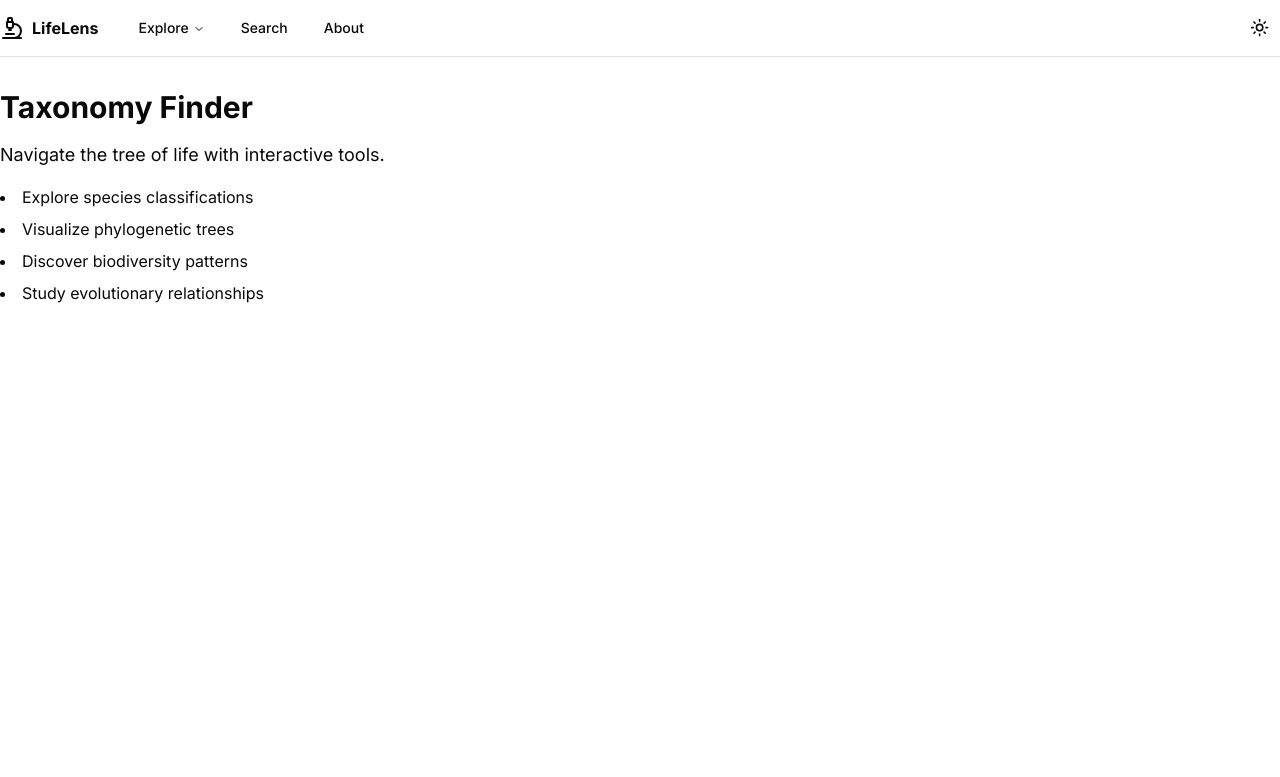
Repository: AlexMercer00/LifeLens
Page: /taxonomy
These files come from the project's save history. The page is drawn as it stood at one moment and after the next save; the edit follows.
The browser window is 1280 px wide. The pictures show the whole page.
The project was rebuilt for these pictures with package versions that can differ from the ones it lists, and the page was loaded fresh each time. The framework's server and built-in components were replaced by stand-ins that run in the browser. Also part of the build but not shown: next.config.js.

Above is the page before, as saved 2024-11-17 14:44:30.

### app/layout.tsx
import type { Metadata } from 'next';
import { Inter } from 'next/font/google';
import { ThemeProvider } from '@/components/theme-provider';
import { Navigation } from '@/components/navigation';
import { Toaster } from '@/components/ui/toaster';
import './globals.css';

const inter = Inter({ subsets: ['latin'] });

export const metadata: Metadata = {
  title: 'LifeLens - Explore the Blueprint of Life Through Data',
  description: 'Discover and visualize biological data including genes, proteins, species, and chemical compounds through an interactive platform.',
};

export default function RootLayout({
  children,
}: {
  children: React.ReactNode;
}) {
  return (
    <html lang="en" suppressHydrationWarning>
      <body className={inter.className}>
        <ThemeProvider
          attribute="class"
          defaultTheme="system"
          enableSystem
          disableTransitionOnChange
        >
          <Navigation />
          <main className="min-h-screen bg-background">
            {children}
          </main>
          <Toaster />
        </ThemeProvider>
      </body>
    </html>
  );
}

### app/taxonomy/page.tsx
export default function TaxonomyPage() {
  return (
    <div className="container py-8">
      <h1 className="text-3xl font-bold mb-4">Taxonomy Finder</h1>
      <p className="text-lg mb-4">Navigate the tree of life with interactive tools.</p>
      <ul className="list-disc list-inside space-y-2">
        <li>Explore species classifications</li>
        <li>Visualize phylogenetic trees</li>
        <li>Discover biodiversity patterns</li>
        <li>Study evolutionary relationships</li>
      </ul>
    </div>
  )
}

### components/navigation.tsx
"use client";

import Link from "next/link";
import { ModeToggle } from "./mode-toggle";
import { Microscope } from 'lucide-react';
import {
  NavigationMenu,
  NavigationMenuContent,
  NavigationMenuItem,
  NavigationMenuLink,
  NavigationMenuList,
  NavigationMenuTrigger,
} from "@/components/ui/navigation-menu";

export function Navigation() {
  return (
    <header className="sticky top-0 z-50 w-full border-b bg-background/95 backdrop-blur supports-[backdrop-filter]:bg-background/60">
      <div className="container flex h-14 items-center">
        <div className="mr-4 flex">
          <Link href="/" className="mr-6 flex items-center space-x-2">
            <Microscope className="h-6 w-6" />
            <span className="font-bold">LifeLens</span>
          </Link>
          <NavigationMenu>
            <NavigationMenuList>
              <NavigationMenuItem>
                <NavigationMenuTrigger>Explore</NavigationMenuTrigger>
                <NavigationMenuContent>
                  <div className="grid gap-3 p-4 md:w-[400px] lg:w-[500px] lg:grid-cols-[.75fr_1fr]">
                    <Link href="/genomics" className="group grid h-full w-full items-center justify-center rounded-md bg-gradient-to-b from-muted/50 to-muted p-6 no-underline outline-none focus:shadow-md">
                      Genomics Explorer
                    </Link>
                    <Link href="/proteins" className="group grid h-full w-full items-center justify-center rounded-md bg-gradient-to-b from-muted/50 to-muted p-6 no-underline outline-none focus:shadow-md">
                      Protein Viewer
                    </Link>
                    <Link href="/taxonomy" className="group grid h-full w-full items-center justify-center rounded-md bg-gradient-to-b from-muted/50 to-muted p-6 no-underline outline-none focus:shadow-md">
                      Taxonomy Finder
                    </Link>
                    <Link href="/compounds" className="group grid h-full w-full items-center justify-center rounded-md bg-gradient-to-b from-muted/50 to-muted p-6 no-underline outline-none focus:shadow-md">
                      Chemical Compounds
                    </Link>
                  </div>
                </NavigationMenuContent>
              </NavigationMenuItem>
              <NavigationMenuItem>
                <Link href="/search" legacyBehavior passHref>
                  <NavigationMenuLink className="group inline-flex h-10 w-max items-center justify-center rounded-md bg-background px-4 py-2 text-sm font-medium transition-colors hover:bg-accent hover:text-accent-foreground focus:bg-accent focus:text-accent-foreground focus:outline-none disabled:pointer-events-none disabled:opacity-50">
                    Search
                  </NavigationMenuLink>
                </Link>
              </NavigationMenuItem>
              <NavigationMenuItem>
                <Link href="/about" legacyBehavior passHref>
                  <NavigationMenuLink className="group inline-flex h-10 w-max items-center justify-center rounded-md bg-background px-4 py-2 text-sm font-medium transition-colors hover:bg-accent hover:text-accent-foreground focus:bg-accent focus:text-accent-foreground focus:outline-none disabled:pointer-events-none disabled:opacity-50">
                    About
                  </NavigationMenuLink>
                </Link>
              </NavigationMenuItem>
            </NavigationMenuList>
          </NavigationMenu>
        </div>
        <div className="flex flex-1 items-center justify-between space-x-2 md:justify-end">
          <ModeToggle />
        </div>
      </div>
    </header>
  );
}

### components/ui/toaster.tsx
'use client';

import { useToast } from '@/hooks/use-toast';
import {
  Toast,
  ToastClose,
  ToastDescription,
  ToastProvider,
  ToastTitle,
  ToastViewport,
} from '@/components/ui/toast';

export function Toaster() {
  const { toasts } = useToast();

  return (
    <ToastProvider>
      {toasts.map(function ({ id, title, description, action, ...props }) {
        return (
          <Toast key={id} {...props}>
            <div className="grid gap-1">
              {title && <ToastTitle>{title}</ToastTitle>}
              {description && (
                <ToastDescription>{description}</ToastDescription>
              )}
            </div>
            {action}
            <ToastClose />
          </Toast>
        );
      })}
      <ToastViewport />
    </ToastProvider>
  );
}

### app/globals.css
@tailwind base;
@tailwind components;
@tailwind utilities;

@layer base {
  :root {
    --background: 0 0% 100%;
    --foreground: 240 10% 3.9%;
    --card: 0 0% 100%;
    --card-foreground: 240 10% 3.9%;
    --popover: 0 0% 100%;
    --popover-foreground: 240 10% 3.9%;
    --primary: 240 5.9% 10%;
    --primary-foreground: 0 0% 98%;
    --secondary: 240 4.8% 95.9%;
    --secondary-foreground: 240 5.9% 10%;
    --muted: 240 4.8% 95.9%;
    --muted-foreground: 240 3.8% 46.1%;
    --accent: 240 4.8% 95.9%;
    --accent-foreground: 240 5.9% 10%;
    --destructive: 0 84.2% 60.2%;
    --destructive-foreground: 0 0% 98%;
    --border: 240 5.9% 90%;
    --input: 240 5.9% 90%;
    --ring: 240 5.9% 10%;
    --radius: 0.75rem;
  }

  .dark {
    --background: 240 10% 3.9%;
    --foreground: 0 0% 98%;
    --card: 240 10% 3.9%;
    --card-foreground: 0 0% 98%;
    --popover: 240 10% 3.9%;
    --popover-foreground: 0 0% 98%;
    --primary: 0 0% 98%;
    --primary-foreground: 240 5.9% 10%;
    --secondary: 240 3.7% 15.9%;
    --secondary-foreground: 0 0% 98%;
    --muted: 240 3.7% 15.9%;
    --muted-foreground: 240 5% 64.9%;
    --accent: 240 3.7% 15.9%;
    --accent-foreground: 0 0% 98%;
    --destructive: 0 62.8% 30.6%;
    --destructive-foreground: 0 0% 98%;
    --border: 240 3.7% 15.9%;
    --input: 240 3.7% 15.9%;
    --ring: 240 4.9% 83.9%;
  }
}

@layer base {
  * {
    @apply border-border;
  }
  body {
    @apply bg-background text-foreground;
  }
}

.gradient-bg {
  background: radial-gradient(circle at top right, hsl(var(--primary)), transparent),
              radial-gradient(circle at bottom left, hsl(var(--secondary)), transparent);
  opacity: 0.15;
}

### components/mode-toggle.tsx
"use client";

import * as React from "react";
import { Moon, Sun } from "lucide-react";
import { useTheme } from "next-themes";
import { Button } from "@/components/ui/button";

export function ModeToggle() {
  const { theme, setTheme } = useTheme();

  return (
    <Button
      variant="ghost"
      size="icon"
      onClick={() => setTheme(theme === "light" ? "dark" : "light")}
    >
      <Sun className="h-[1.2rem] w-[1.2rem] rotate-0 scale-100 transition-all dark:-rotate-90 dark:scale-0" />
      <Moon className="absolute h-[1.2rem] w-[1.2rem] rotate-90 scale-0 transition-all dark:rotate-0 dark:scale-100" />
      <span className="sr-only">Toggle theme</span>
    </Button>
  );
}

### components/ui/navigation-menu.tsx
import * as React from 'react';
import * as NavigationMenuPrimitive from '@radix-ui/react-navigation-menu';
import { cva } from 'class-variance-authority';
import { ChevronDown } from 'lucide-react';

import { cn } from '@/lib/utils';

const NavigationMenu = React.forwardRef<
  React.ElementRef<typeof NavigationMenuPrimitive.Root>,
  React.ComponentPropsWithoutRef<typeof NavigationMenuPrimitive.Root>
>(({ className, children, ...props }, ref) => (
  <NavigationMenuPrimitive.Root
    ref={ref}
    className={cn(
      'relative z-10 flex max-w-max flex-1 items-center justify-center',
      className
    )}
    {...props}
  >
    {children}
    <NavigationMenuViewport />
  </NavigationMenuPrimitive.Root>
));
NavigationMenu.displayName = NavigationMenuPrimitive.Root.displayName;

const NavigationMenuList = React.forwardRef<
  React.ElementRef<typeof NavigationMenuPrimitive.List>,
  React.ComponentPropsWithoutRef<typeof NavigationMenuPrimitive.List>
>(({ className, ...props }, ref) => (
  <NavigationMenuPrimitive.List
    ref={ref}
    className={cn(
      'group flex flex-1 list-none items-center justify-center space-x-1',
      className
    )}
    {...props}
  />
));
NavigationMenuList.displayName = NavigationMenuPrimitive.List.displayName;

const NavigationMenuItem = NavigationMenuPrimitive.Item;

const navigationMenuTriggerStyle = cva(
  'group inline-flex h-10 w-max items-center justify-center rounded-md bg-background px-4 py-2 text-sm font-medium transition-colors hover:bg-accent hover:text-accent-foreground focus:bg-accent focus:text-accent-foreground focus:outline-none disabled:pointer-events-none disabled:opacity-50 data-[active]:bg-accent/50 data-[state=open]:bg-accent/50'
);

const NavigationMenuTrigger = React.forwardRef<
  React.ElementRef<typeof NavigationMenuPrimitive.Trigger>,
  React.ComponentPropsWithoutRef<typeof NavigationMenuPrimitive.Trigger>
>(({ className, children, ...props }, ref) => (
  <NavigationMenuPrimitive.Trigger
    ref={ref}
    className={cn(navigationMenuTriggerStyle(), 'group', className)}
    {...props}
  >
    {children}{' '}
    <ChevronDown
      className="relative top-[1px] ml-1 h-3 w-3 transition duration-200 group-data-[state=open]:rotate-180"
      aria-hidden="true"
    />
  </NavigationMenuPrimitive.Trigger>
));
NavigationMenuTrigger.displayName = NavigationMenuPrimitive.Trigger.displayName;

const NavigationMenuContent = React.forwardRef<
  React.ElementRef<typeof NavigationMenuPrimitive.Content>,
  React.ComponentPropsWithoutRef<typeof NavigationMenuPrimitive.Content>
>(({ className, ...props }, ref) => (
  <NavigationMenuPrimitive.Content
    ref={ref}
    className={cn(
      'left-0 top-0 w-full data-[motion^=from-]:animate-in data-[motion^=to-]:animate-out data-[motion^=from-]:fade-in data-[motion^=to-]:fade-out data-[motion=from-end]:slide-in-from-right-52 data-[motion=from-start]:slide-in-from-left-52 data-[motion=to-end]:slide-out-to-right-52 data-[motion=to-start]:slide-out-to-left-52 md:absolute md:w-auto ',
      className
    )}
    {...props}
  />
));
NavigationMenuContent.displayName = NavigationMenuPrimitive.Content.displayName;

const NavigationMenuLink = NavigationMenuPrimitive.Link;

const NavigationMenuViewport = React.forwardRef<
  React.ElementRef<typeof NavigationMenuPrimitive.Viewport>,
  React.ComponentPropsWithoutRef<typeof NavigationMenuPrimitive.Viewport>
>(({ className, ...props }, ref) => (
  <div className={cn('absolute left-0 top-full flex justify-center')}>
    <NavigationMenuPrimitive.Viewport
      className={cn(
        'origin-top-center relative mt-1.5 h-[var(--radix-navigation-menu-viewport-height)] w-full overflow-hidden rounded-md border bg-popover text-popover-foreground shadow-lg data-[state=open]:animate-in data-[state=closed]:animate-out data-[state=closed]:zoom-out-95 data-[state=open]:zoom-in-90 md:w-[var(--radix-navigation-menu-viewport-width)]',
        className
      )}
      ref={ref}
      {...props}
    />
  </div>
));
NavigationMenuViewport.displayName =
  NavigationMenuPrimitive.Viewport.displayName;

const NavigationMenuIndicator = React.forwardRef<
  React.ElementRef<typeof NavigationMenuPrimitive.Indicator>,
  React.ComponentPropsWithoutRef<typeof NavigationMenuPrimitive.Indicator>
>(({ className, ...props }, ref) => (
  <NavigationMenuPrimitive.Indicator
    ref={ref}
    className={cn(
      'top-full z-[1] flex h-1.5 items-end justify-center overflow-hidden data-[state=visible]:animate-in data-[state=hidden]:animate-out data-[state=hidden]:fade-out data-[state=visible]:fade-in',
      className
    )}
    {...props}
  >
    <div className="relative top-[60%] h-2 w-2 rotate-45 rounded-tl-sm bg-border shadow-md" />
  </NavigationMenuPrimitive.Indicator>
));
NavigationMenuIndicator.displayName =
  NavigationMenuPrimitive.Indicator.displayName;

export {
  navigationMenuTriggerStyle,
  NavigationMenu,
  NavigationMenuList,
  NavigationMenuItem,
  NavigationMenuContent,
  NavigationMenuTrigger,
  NavigationMenuLink,
  NavigationMenuIndicator,
  NavigationMenuViewport,
};

### components/ui/toast.tsx
'use client';

import * as React from 'react';
import * as ToastPrimitives from '@radix-ui/react-toast';
import { cva, type VariantProps } from 'class-variance-authority';
import { X } from 'lucide-react';

import { cn } from '@/lib/utils';

const ToastProvider = ToastPrimitives.Provider;

const ToastViewport = React.forwardRef<
  React.ElementRef<typeof ToastPrimitives.Viewport>,
  React.ComponentPropsWithoutRef<typeof ToastPrimitives.Viewport>
>(({ className, ...props }, ref) => (
  <ToastPrimitives.Viewport
    ref={ref}
    className={cn(
      'fixed top-0 z-[100] flex max-h-screen w-full flex-col-reverse p-4 sm:bottom-0 sm:right-0 sm:top-auto sm:flex-col md:max-w-[420px]',
      className
    )}
    {...props}
  />
));
ToastViewport.displayName = ToastPrimitives.Viewport.displayName;

const toastVariants = cva(
  'group pointer-events-auto relative flex w-full items-center justify-between space-x-4 overflow-hidden rounded-md border p-6 pr-8 shadow-lg transition-all data-[swipe=cancel]:translate-x-0 data-[swipe=end]:translate-x-[var(--radix-toast-swipe-end-x)] data-[swipe=move]:translate-x-[var(--radix-toast-swipe-move-x)] data-[swipe=move]:transition-none data-[state=open]:animate-in data-[state=closed]:animate-out data-[swipe=end]:animate-out data-[state=closed]:fade-out-80 data-[state=closed]:slide-out-to-right-full data-[state=open]:slide-in-from-top-full data-[state=open]:sm:slide-in-from-bottom-full',
  {
    variants: {
      variant: {
        default: 'border bg-background text-foreground',
        destructive:
          'destructive group border-destructive bg-destructive text-destructive-foreground',
      },
    },
    defaultVariants: {
      variant: 'default',
    },
  }
);

const Toast = React.forwardRef<
  React.ElementRef<typeof ToastPrimitives.Root>,
  React.ComponentPropsWithoutRef<typeof ToastPrimitives.Root> &
    VariantProps<typeof toastVariants>
>(({ className, variant, ...props }, ref) => {
  return (
    <ToastPrimitives.Root
      ref={ref}
      className={cn(toastVariants({ variant }), className)}
      {...props}
    />
  );
});
Toast.displayName = ToastPrimitives.Root.displayName;

const ToastAction = React.forwardRef<
  React.ElementRef<typeof ToastPrimitives.Action>,
  React.ComponentPropsWithoutRef<typeof ToastPrimitives.Action>
>(({ className, ...props }, ref) => (
  <ToastPrimitives.Action
    ref={ref}
    className={cn(
      'inline-flex h-8 shrink-0 items-center justify-center rounded-md border bg-transparent px-3 text-sm font-medium ring-offset-background transition-colors hover:bg-secondary focus:outline-none focus:ring-2 focus:ring-ring focus:ring-offset-2 disabled:pointer-events-none disabled:opacity-50 group-[.destructive]:border-muted/40 group-[.destructive]:hover:border-destructive/30 group-[.destructive]:hover:bg-destructive group-[.destructive]:hover:text-destructive-foreground group-[.destructive]:focus:ring-destructive',
      className
    )}
    {...props}
  />
));
ToastAction.displayName = ToastPrimitives.Action.displayName;

const ToastClose = React.forwardRef<
  React.ElementRef<typeof ToastPrimitives.Close>,
  React.ComponentPropsWithoutRef<typeof ToastPrimitives.Close>
>(({ className, ...props }, ref) => (
  <ToastPrimitives.Close
    ref={ref}
    className={cn(
      'absolute right-2 top-2 rounded-md p-1 text-foreground/50 opacity-0 transition-opacity hover:text-foreground focus:opacity-100 focus:outline-none focus:ring-2 group-hover:opacity-100 group-[.destructive]:text-red-300 group-[.destructive]:hover:text-red-50 group-[.destructive]:focus:ring-red-400 group-[.destructive]:focus:ring-offset-red-600',
      className
    )}
    toast-close=""
    {...props}
  >
    <X className="h-4 w-4" />
  </ToastPrimitives.Close>
));
ToastClose.displayName = ToastPrimitives.Close.displayName;

const ToastTitle = React.forwardRef<
  React.ElementRef<typeof ToastPrimitives.Title>,
  React.ComponentPropsWithoutRef<typeof ToastPrimitives.Title>
>(({ className, ...props }, ref) => (
  <ToastPrimitives.Title
    ref={ref}
    className={cn('text-sm font-semibold', className)}
    {...props}
  />
));
ToastTitle.displayName = ToastPrimitives.Title.displayName;

const ToastDescription = React.forwardRef<
  React.ElementRef<typeof ToastPrimitives.Description>,
  React.ComponentPropsWithoutRef<typeof ToastPrimitives.Description>
>(({ className, ...props }, ref) => (
  <ToastPrimitives.Description
    ref={ref}
    className={cn('text-sm opacity-90', className)}
    {...props}
  />
));
ToastDescription.displayName = ToastPrimitives.Description.displayName;

type ToastProps = React.ComponentPropsWithoutRef<typeof Toast>;

type ToastActionElement = React.ReactElement<typeof ToastAction>;

export {
  type ToastProps,
  type ToastActionElement,
  ToastProvider,
  ToastViewport,
  Toast,
  ToastTitle,
  ToastDescription,
  ToastClose,
  ToastAction,
};

### components/ui/button.tsx
import * as React from 'react';
import { Slot } from '@radix-ui/react-slot';
import { cva, type VariantProps } from 'class-variance-authority';

import { cn } from '@/lib/utils';

const buttonVariants = cva(
  'inline-flex items-center justify-center whitespace-nowrap rounded-md text-sm font-medium ring-offset-background transition-colors focus-visible:outline-none focus-visible:ring-2 focus-visible:ring-ring focus-visible:ring-offset-2 disabled:pointer-events-none disabled:opacity-50',
  {
    variants: {
      variant: {
        default: 'bg-primary text-primary-foreground hover:bg-primary/90',
        destructive:
          'bg-destructive text-destructive-foreground hover:bg-destructive/90',
        outline:
          'border border-input bg-background hover:bg-accent hover:text-accent-foreground',
        secondary:
          'bg-secondary text-secondary-foreground hover:bg-secondary/80',
        ghost: 'hover:bg-accent hover:text-accent-foreground',
        link: 'text-primary underline-offset-4 hover:underline',
      },
      size: {
        default: 'h-10 px-4 py-2',
        sm: 'h-9 rounded-md px-3',
        lg: 'h-11 rounded-md px-8',
        icon: 'h-10 w-10',
      },
    },
    defaultVariants: {
      variant: 'default',
      size: 'default',
    },
  }
);

export interface ButtonProps
  extends React.ButtonHTMLAttributes<HTMLButtonElement>,
    VariantProps<typeof buttonVariants> {
  asChild?: boolean;
}

const Button = React.forwardRef<HTMLButtonElement, ButtonProps>(
  ({ className, variant, size, asChild = false, ...props }, ref) => {
    const Comp = asChild ? Slot : 'button';
    return (
      <Comp
        className={cn(buttonVariants({ variant, size, className }))}
        ref={ref}
        {...props}
      />
    );
  }
);
Button.displayName = 'Button';

export { Button, buttonVariants };

Loaded but not shown: components/theme-provider.tsx (common file); hooks/use-toast.ts (common file); lib/utils.ts (common file); tailwind.config.ts (common file)

After the next save:
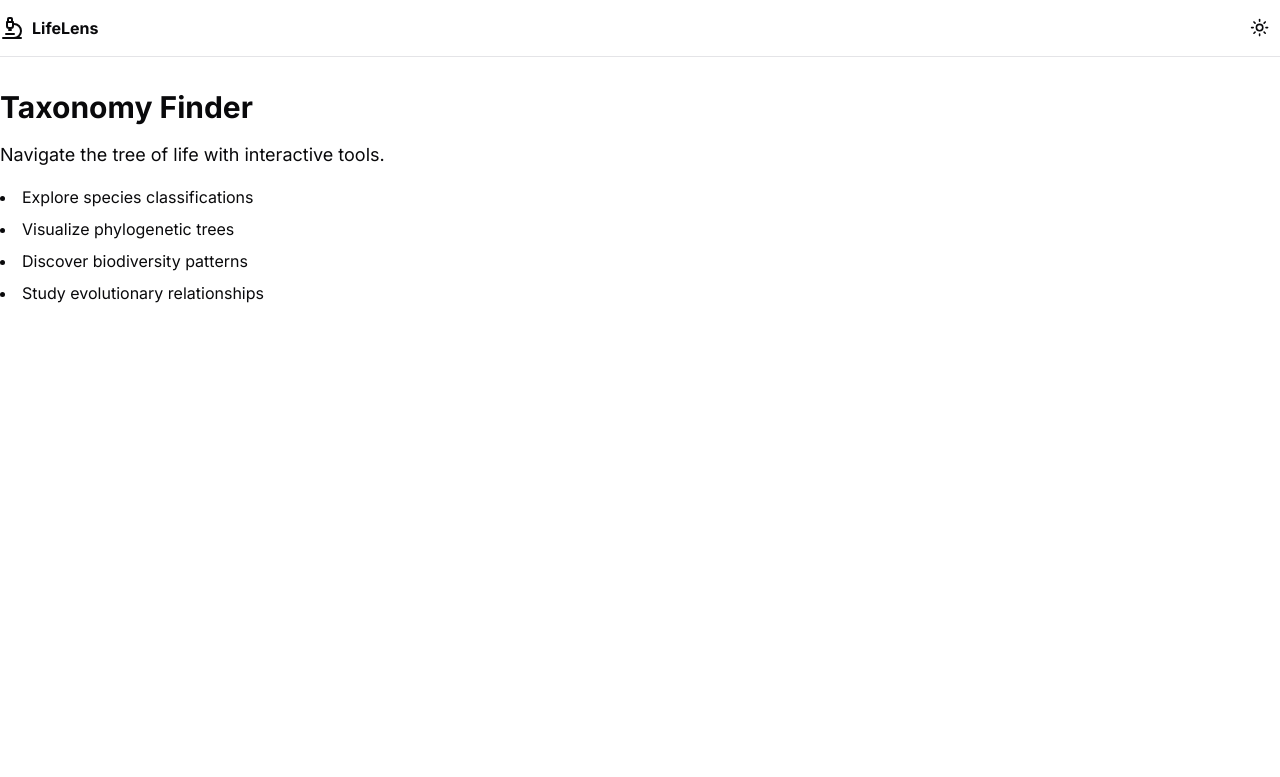
Saved 3 min 9 s later.
--- a/components/navigation.tsx
+++ b/components/navigation.tsx
@@ -1,67 +1,19 @@
+// components/navigation.tsx
 "use client";
 
 import Link from "next/link";
 import { ModeToggle } from "./mode-toggle";
 import { Microscope } from 'lucide-react';
-import {
-  NavigationMenu,
-  NavigationMenuContent,
-  NavigationMenuItem,
-  NavigationMenuLink,
-  NavigationMenuList,
-  NavigationMenuTrigger,
-} from "@/components/ui/navigation-menu";
 
 export function Navigation() {
   return (
     <header className="sticky top-0 z-50 w-full border-b bg-background/95 backdrop-blur supports-[backdrop-filter]:bg-background/60">
-      <div className="container flex h-14 items-center">
-        <div className="mr-4 flex">
-          <Link href="/" className="mr-6 flex items-center space-x-2">
-            <Microscope className="h-6 w-6" />
-            <span className="font-bold">LifeLens</span>
-          </Link>
-          <NavigationMenu>
-            <NavigationMenuList>
-              <NavigationMenuItem>
-                <NavigationMenuTrigger>Explore</NavigationMenuTrigger>
-                <NavigationMenuContent>
-                  <div className="grid gap-3 p-4 md:w-[400px] lg:w-[500px] lg:grid-cols-[.75fr_1fr]">
-                    <Link href="/genomics" className="group grid h-full w-full items-center justify-center rounded-md bg-gradient-to-b from-muted/50 to-muted p-6 no-underline outline-none focus:shadow-md">
-                      Genomics Explorer
-                    </Link>
-                    <Link href="/proteins" className="group grid h-full w-full items-center justify-center rounded-md bg-gradient-to-b from-muted/50 to-muted p-6 no-underline outline-none focus:shadow-md">
-                      Protein Viewer
-                    </Link>
-                    <Link href="/taxonomy" className="group grid h-full w-full items-center justify-center rounded-md bg-gradient-to-b from-muted/50 to-muted p-6 no-underline outline-none focus:shadow-md">
-                      Taxonomy Finder
-                    </Link>
-                    <Link href="/compounds" className="group grid h-full w-full items-center justify-center rounded-md bg-gradient-to-b from-muted/50 to-muted p-6 no-underline outline-none focus:shadow-md">
-                      Chemical Compounds
-                    </Link>
-                  </div>
-                </NavigationMenuContent>
-              </NavigationMenuItem>
-              <NavigationMenuItem>
-                <Link href="/search" legacyBehavior passHref>
-                  <NavigationMenuLink className="group inline-flex h-10 w-max items-center justify-center rounded-md bg-background px-4 py-2 text-sm font-medium transition-colors hover:bg-accent hover:text-accent-foreground focus:bg-accent focus:text-accent-foreground focus:outline-none disabled:pointer-events-none disabled:opacity-50">
-                    Search
-                  </NavigationMenuLink>
-                </Link>
-              </NavigationMenuItem>
-              <NavigationMenuItem>
-                <Link href="/about" legacyBehavior passHref>
-                  <NavigationMenuLink className="group inline-flex h-10 w-max items-center justify-center rounded-md bg-background px-4 py-2 text-sm font-medium transition-colors hover:bg-accent hover:text-accent-foreground focus:bg-accent focus:text-accent-foreground focus:outline-none disabled:pointer-events-none disabled:opacity-50">
-                    About
-                  </NavigationMenuLink>
-                </Link>
-              </NavigationMenuItem>
-            </NavigationMenuList>
-          </NavigationMenu>
-        </div>
-        <div className="flex flex-1 items-center justify-between space-x-2 md:justify-end">
-          <ModeToggle />
-        </div>
+      <div className="container flex h-14 items-center justify-between">
+        <Link href="/" className="flex items-center space-x-2">
+          <Microscope className="h-6 w-6" />
+          <span className="font-bold">LifeLens</span>
+        </Link>
+        <ModeToggle />
       </div>
     </header>
   );
